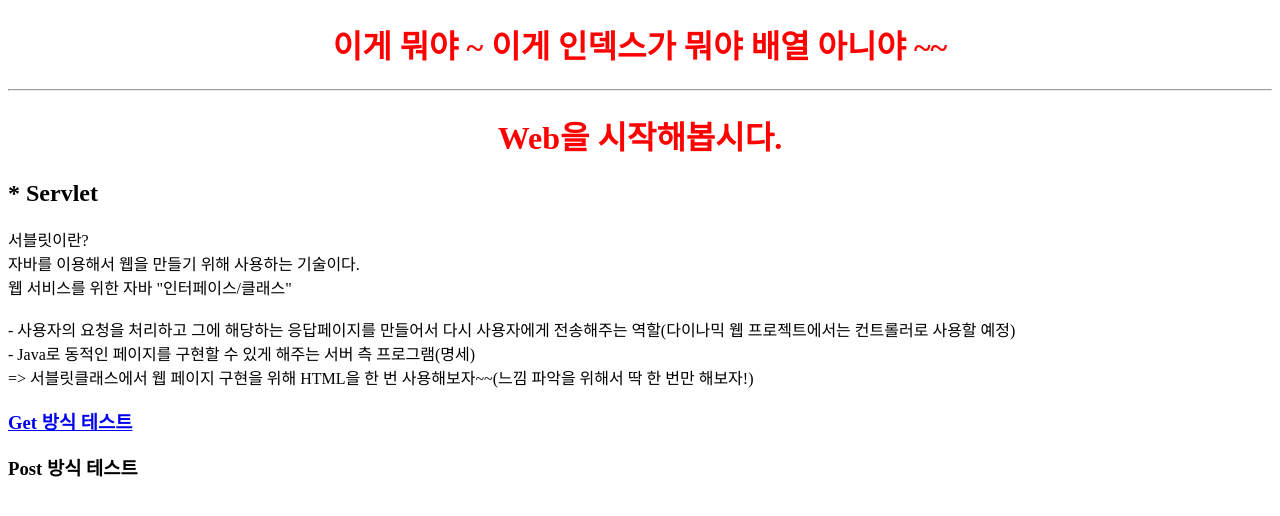
Repository: MiadongDeersfeet/webservice
Page: MyFirstWebProject/src/main/webapp/index.html
These files come from the project's save history. The page is drawn as it stood at one moment and after the next save; the edit follows.
The browser window is 1280 px wide. The pictures show the whole page.

Above is the page before, as saved 2025-09-23 02:37:46.

After the next save:
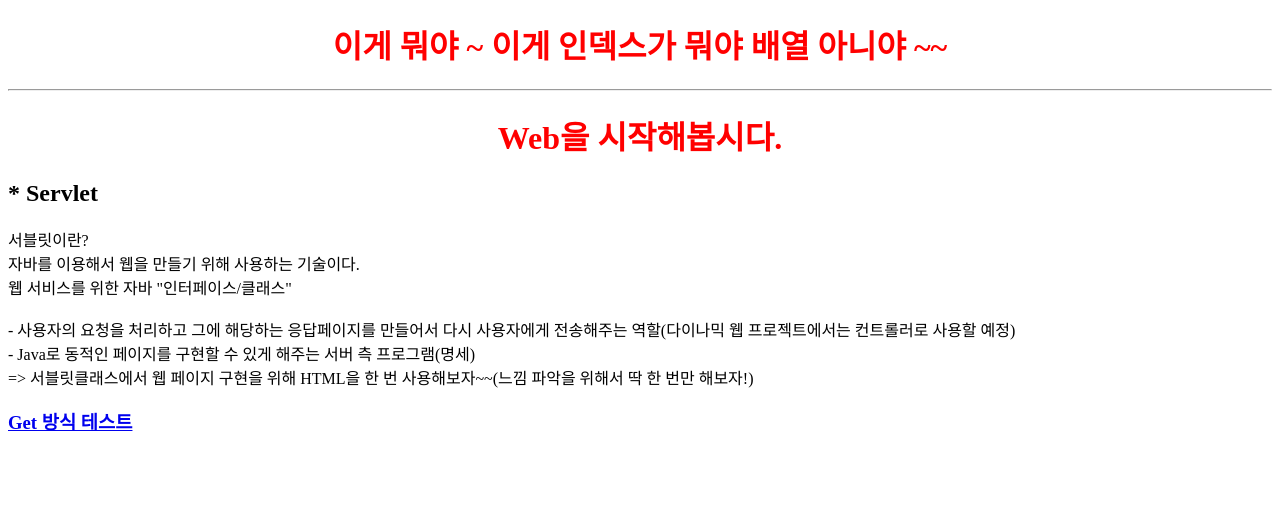
Saved 7 min 38 s later.
--- a/MyFirstWebProject/src/main/webapp/index.html
+++ b/MyFirstWebProject/src/main/webapp/index.html
@@ -103,7 +103,8 @@ h1 {
 
 	<h3><a href="views/request_get.html">Get 방식 테스트</a></h3>
 
-	<h3><a>Post 방식 테스트</a></h3>
+	<h3><a href="views/request_post.html>Post 방식 테스트</a></h3>
+
 
 
 
